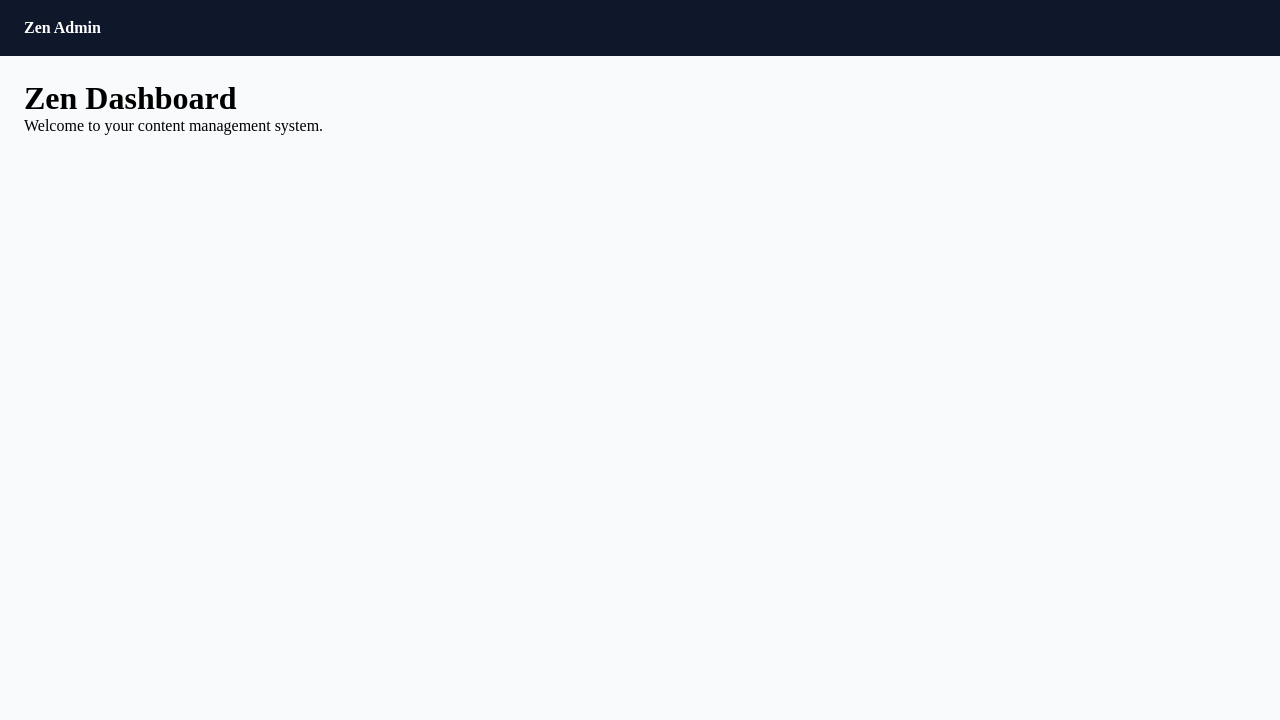
Repository: rajendratamang/react-dashboard
Page: /
These files come from the project's save history. The page is drawn as it stood at one moment and after the next save; the edit follows.
The browser window is 1280 px wide. The pictures show the whole page.
The project was rebuilt for these pictures with package versions that can differ from the ones it lists, and the page was loaded fresh each time. Also part of the build but not shown: vite.config.ts.

Above is the page before, as saved 2026-01-16 20:17:23.

### src/App.tsx
import MainLayout from "./layouts/MainLayout";
import Dashboard from "./pages/Dashboard";

function App() {
  return (
    <MainLayout>
      <Dashboard />
    </MainLayout>
  );
}

export default App;

### src/index.css
* {
  margin: 0;
  padding: 0;
  box-sizing: border-box;
}

html, body, #root {
  height: 100%;
  width: 100%;
}

### src/layouts/MainLayout.tsx
import { ReactNode } from "react";

type MainLayoutProps = {
  children: ReactNode;
};

export default function MainLayout({ children }: MainLayoutProps) {
  return (
    <div
      style={{
        height: "100%",
        width: "100%",
        display: "flex",
        flexDirection: "column"
      }}
    >
      <header
        style={{
          height: "56px",
          width: "100%",
          backgroundColor: "#0f172a",
          color: "#ffffff",
          display: "flex",
          alignItems: "center",
          paddingLeft: "24px",
          fontWeight: 600
        }}
      >
        Zen Admin
      </header>

      <div
        style={{
          flex: 1,
          width: "100%",
          backgroundColor: "#f8fafc",
          overflow: "auto"
        }}
      >
        {children}
      </div>
    </div>
  );
}

### src/pages/Dashboard.tsx
export default function Dashboard() {
  return (
    <div style={{ padding: "24px" }}>
      <h1>Zen Dashboard</h1>
      <p>Welcome to your content management system.</p>
    </div>
  );
}

Loaded but not shown: index.html (common file); src/main.tsx (common file)

After the next save:
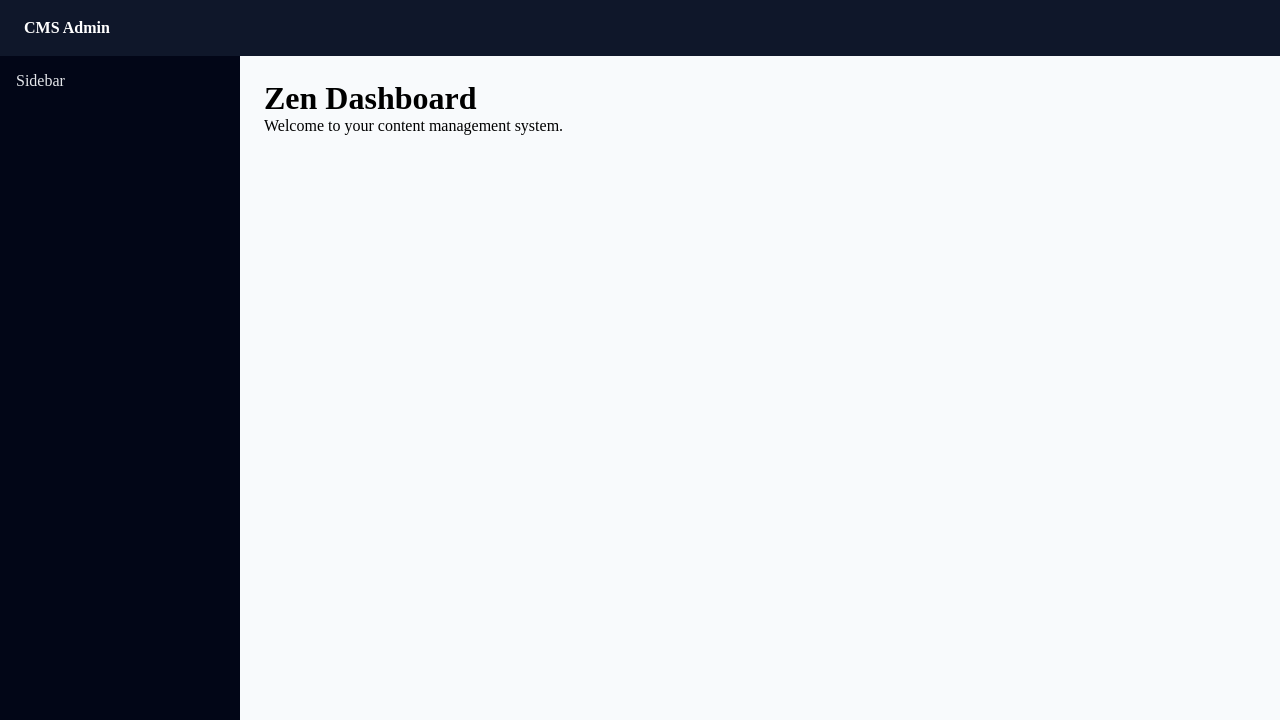
Saved 40 s later.
--- a/src/layouts/MainLayout.tsx
+++ b/src/layouts/MainLayout.tsx
@@ -14,6 +14,7 @@ export default function MainLayout({ children }: MainLayoutProps) {
         flexDirection: "column"
       }}
     >
+      {/* Header */}
       <header
         style={{
           height: "56px",
@@ -26,18 +27,40 @@ export default function MainLayout({ children }: MainLayoutProps) {
           fontWeight: 600
         }}
       >
-        Zen Admin
+        CMS Admin
       </header>
 
+      {/* Body */}
       <div
         style={{
           flex: 1,
+          display: "flex",
           width: "100%",
-          backgroundColor: "#f8fafc",
-          overflow: "auto"
+          overflow: "hidden"
         }}
       >
-        {children}
+        {/* Sidebar */}
+        <aside
+          style={{
+            width: "240px",
+            backgroundColor: "#020617",
+            color: "#e5e7eb",
+            padding: "16px"
+          }}
+        >
+          Sidebar
+        </aside>
+
+        {/* Main Content */}
+        <main
+          style={{
+            flex: 1,
+            backgroundColor: "#f8fafc",
+            overflowY: "auto"
+          }}
+        >
+          {children}
+        </main>
       </div>
     </div>
   );
